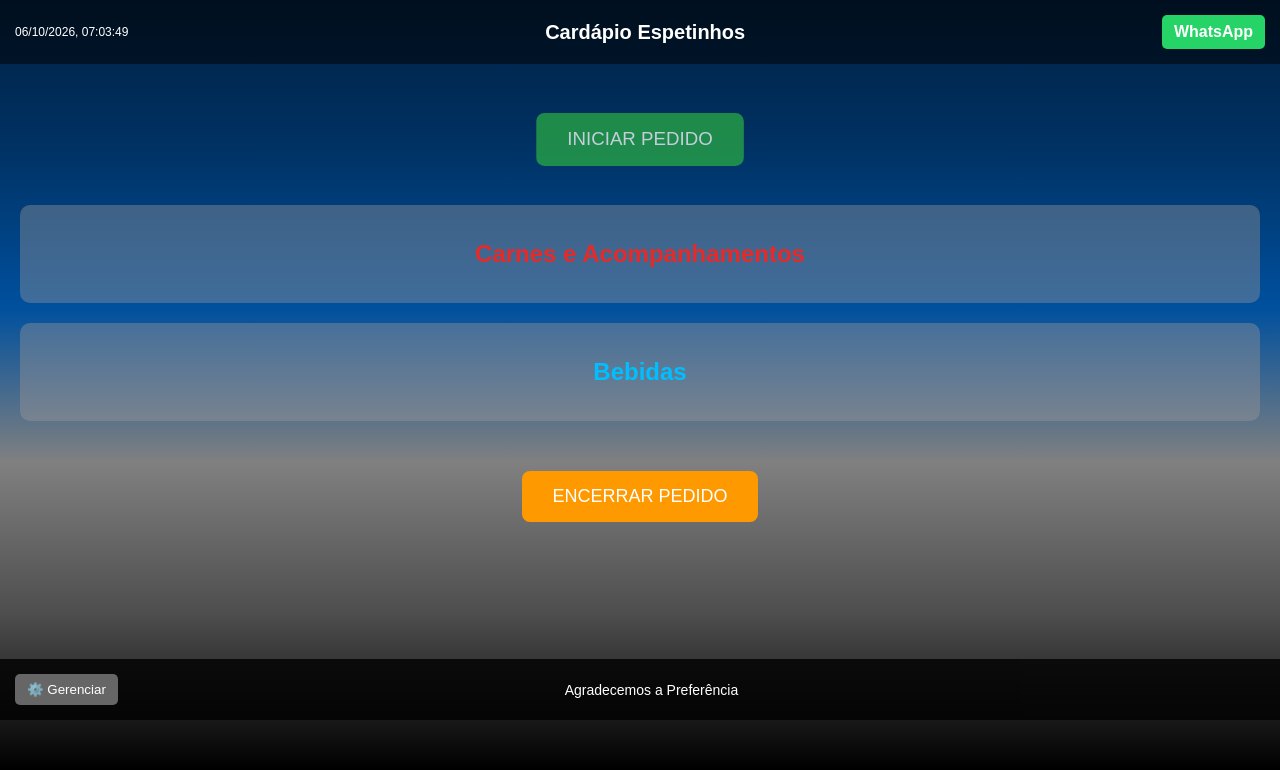
Repository: JeffRodFer/skewersOrder
Page: frontend/index.html
The author's editor kept a copy of each file at every save. The page is drawn from the files as they stood at one save, then again after the next save.
The browser window is 1280 px wide. The pictures show the whole page.
The page's requests for data from a server got no answer.

Above is the page before, as saved 2026-10-18 08:34:35.

After the next save:
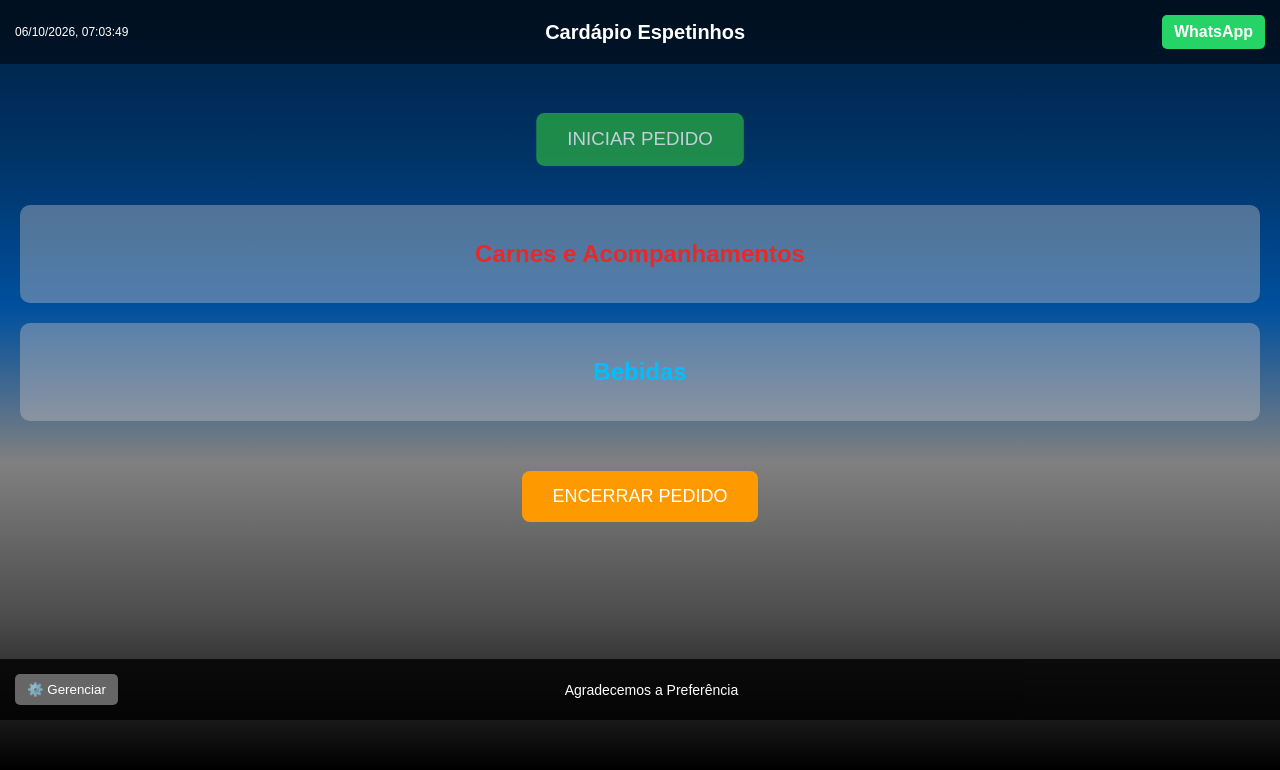
Saved 75 s later.
--- a/frontend/style.css
+++ b/frontend/style.css
@@ -108,7 +108,7 @@ header {
 .secao-produtos {
     margin: 20px;
     padding: 15px;
-    background: rgba(158, 152, 152, 0.4);
+    background: rgba(203, 196, 196, 0.4);
     border-radius: 10px;
 }
 
